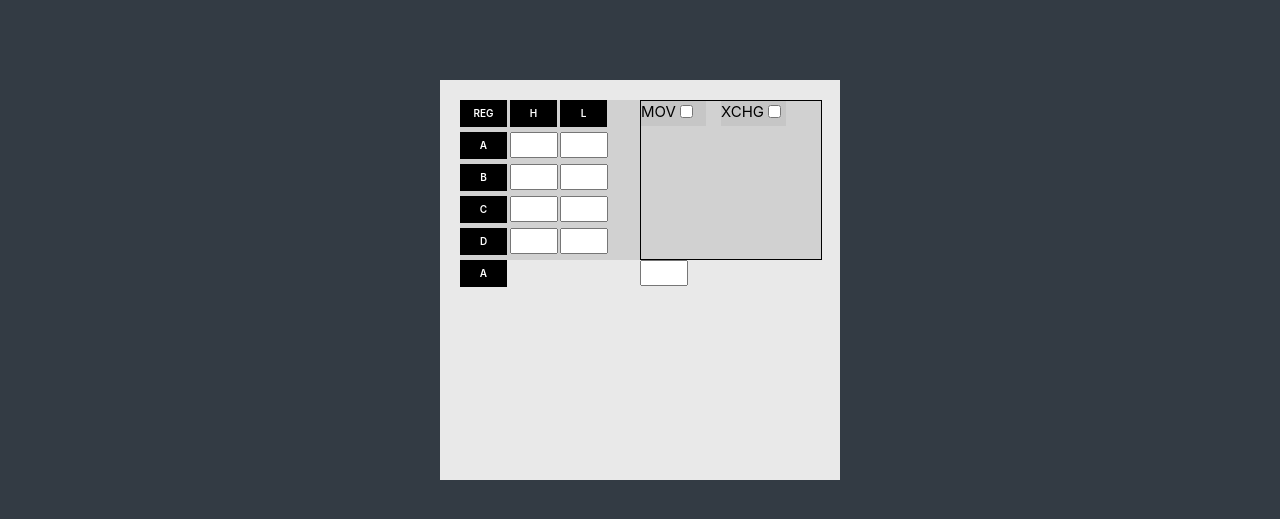
Repository: piookr-wsei/8086
Page: /
These files come from the project's save history. The page is drawn as it stood at one moment and after the next save; the edit follows.
The browser window is 1280 px wide. The pictures show the whole page.
The project was rebuilt for these pictures with package versions that can differ from the ones it lists, and the page was loaded fresh each time.

Above is the page before, as saved 2022-06-18 21:03:42.

After the next save:
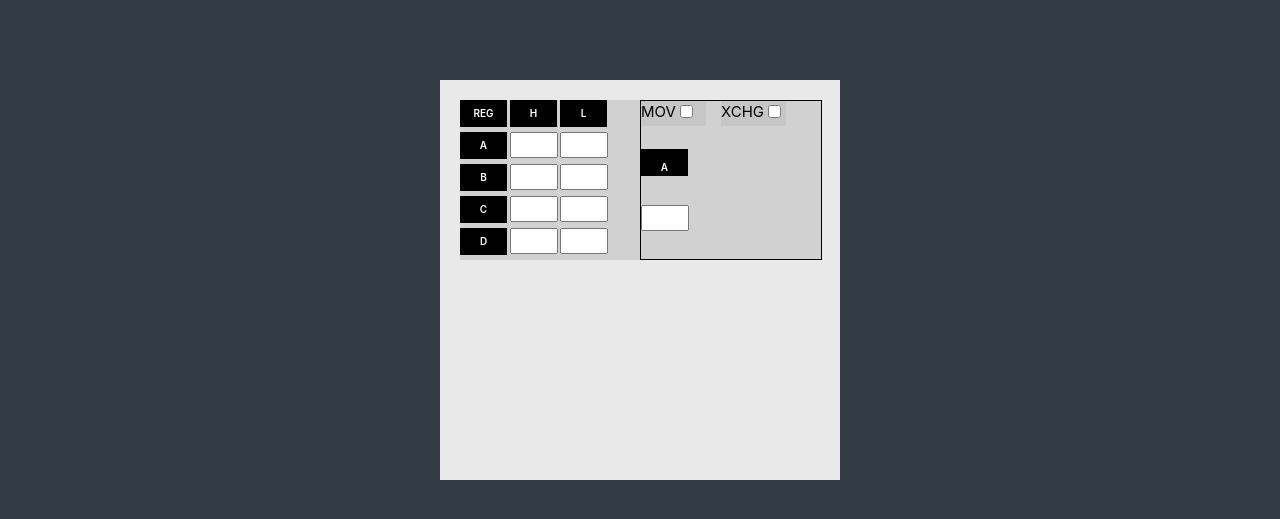
Saved 6 s later.
--- a/src/App.js
+++ b/src/App.js
@@ -67,10 +67,10 @@ function OpChange(){
           <ParamWrapper>
 
               <OpChange/>
-
+              <RegDesc textContent={"A"}/>  <RegInput maxLength={2}/>
           </ParamWrapper>
 
-          <RegDesc textContent={"A"}/>  <RegInput maxLength={2}/>
+
 
         </UiWrapper>
       </UiWindow>
